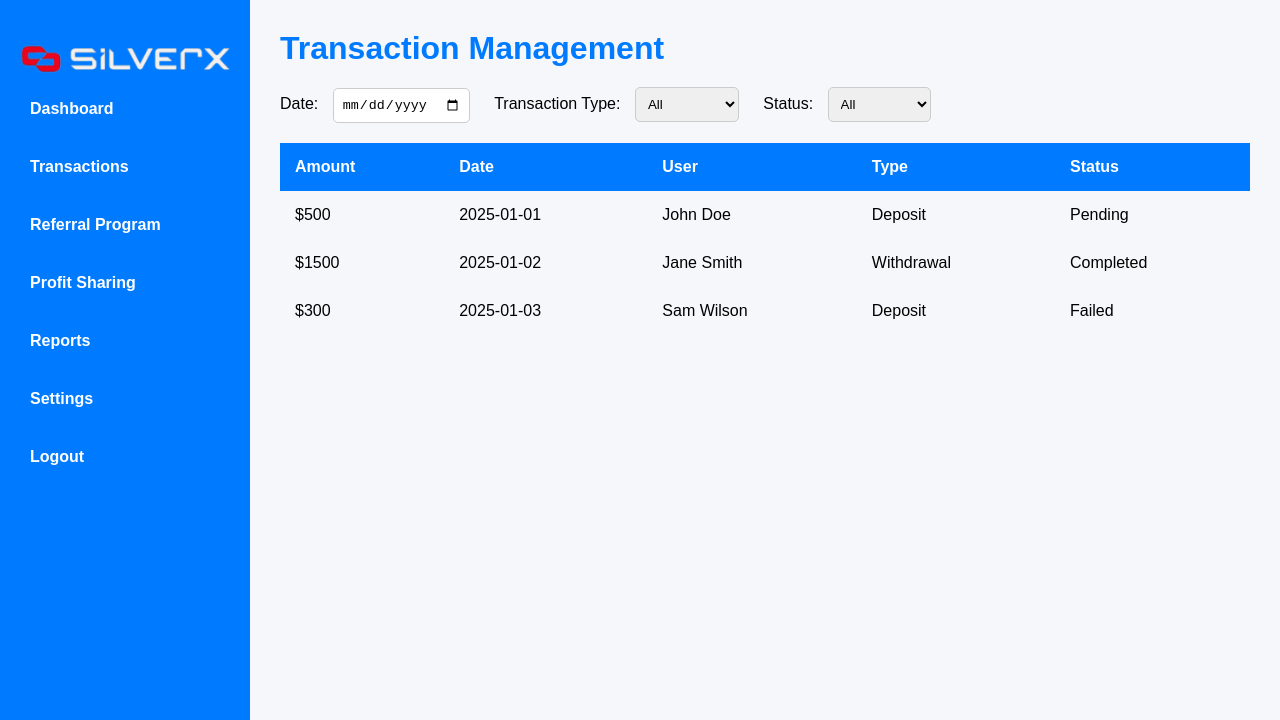
Repository: 2025silverx/slivedrX
Page: index2.html
The author's editor kept a copy of each file at every save. The page is drawn from the files as they stood at one save, then again after the next save.
The browser window is 1280 px wide. The pictures show the whole page.
An inner scrolling area shows only its first screen.

Above is the page before, as saved 2025-01-19 20:17:05.

### index2.html
<!DOCTYPE html>
<html lang="en">
<head>
    <meta charset="UTF-8">
    <meta name="viewport" content="width=device-width, initial-scale=1.0">
    <title>Transaction Management - Admin Panel</title>
    <link rel="stylesheet" href="style2.css">
</head>
<body>
    <div id="sidebar-container">
        <div class="sidebar">
            <img src="images/logo.png" alt="Sidebar Logo" class="sidebar-logo">
            <ul class="sidebar-links">
                <li><a href="index.html" class="sidebar-link" data-target="dashboard">Dashboard</a></li>
                <li><a href="index2.html" class="sidebar-link" data-target="transactions">Transactions</a></li>
                <li><a href="indesx3.html" class="sidebar-link" data-target="reports">Referral Program</a></li>
                <li><a href="index4.html" class="sidebar-link" data-target="users">Profit Sharing</a></li>
                <li><a href="index5.html" class="sidebar-link" data-target="reports">Reports</a></li>
                <li><a href="setting.html" class="sidebar-link" data-target="settings">Settings</a></li>
                <li><a href="login.html" class="sidebar-link" data-target="logout">Logout</a></li>
            </ul>
        </div>
    </div>
    <div class="main-content">
        <h1>Transaction Management</h1>
        <div class="filters">
            <label>Date: </label>
            <input type="date" id="dateFilter">
            <label>Transaction Type: </label>
            <select id="typeFilter">
                <option value="all">All</option>
                <option value="deposit">Deposit</option>
                <option value="withdrawal">Withdrawal</option>
            </select>
            <label>Status: </label>
            <select id="statusFilter">
                <option value="all">All</option>
                <option value="pending">Pending</option>
                <option value="completed">Completed</option>
                <option value="failed">Failed</option>
            </select>
        </div>

        <table>
            <thead>
                <tr>
                    <th>Amount</th>
                    <th>Date</th>
                    <th>User</th>
                    <th>Type</th>
                    <th>Status</th>
                </tr>
            </thead>
            <tbody id="transactionTable">
                <tr class="pending">
                    <td>$500</td>
                    <td>2025-01-01</td>
                    <td>John Doe</td>
                    <td>Deposit</td>
                    <td>Pending</td>
                </tr>
                <tr class="completed">
                    <td>$1500</td>
                    <td>2025-01-02</td>
                    <td>Jane Smith</td>
                    <td>Withdrawal</td>
                    <td>Completed</td>
                </tr>
                <tr class="failed">
                    <td>$300</td>
                    <td>2025-01-03</td>
                    <td>Sam Wilson</td>
                    <td>Deposit</td>
                    <td>Failed</td>
                </tr>
                <!-- More transactions can be added here -->
            </tbody>
        </table>
    </div>

    <script src="script2.js"></script>
</body>
</html>

### style2.css
/* Reset some default styles */
* {
    margin: 0;
    padding: 0;
    box-sizing: border-box;
}

/* Body and container styles */
body {
    font-family: Arial, sans-serif;
    display: flex;
    height: 100vh;
    background-color: #f5f7fa;
}
/* Sidebar styles */
.sidebar {
    width: 250px;
    background-color: #007bff;
    color: white;
    padding: 20px;
    display: flex;
    flex-direction: column;
    position: sticky;
    top: 0;
    height: 100vh;
    /* Remove any margin or padding at the side */
    margin-right: 0;
}

/* Sidebar heading */
.sidebar h2 {
    margin-bottom: 20px;
    text-align: center;
}

/* Sidebar links */
.sidebar-links {
    list-style: none;
}

.sidebar-links li {
    margin-bottom: 20px; /* Increased margin for better spacing */
}

.sidebar-links a {
    text-decoration: none;
    color: white;
    font-weight: bold;
    display: block;
    padding: 10px;
    font-size: 16px;
    transition: color 0.3s ease;
}

.sidebar-links a:hover {
    color: #f0f0f0; /* Light gray on hover */
}

.sidebar-links a:active {
    color: #ff6347; /* Red color on click */
}
/* Main content area */
.main-content {
    flex: 1;
    padding: 30px;
    overflow-y: auto;
}

h1 {
    color: #007bff;
    margin-bottom: 20px;
}

/* Filters styles */
.filters {
    margin-bottom: 20px;
}

.filters label {
    margin-right: 10px;
}

.filters input,
.filters select {
    padding: 8px;
    margin-right: 20px;
    border-radius: 5px;
    border: 1px solid #ccc;
}

/* Table styles */
table {
    width: 100%;
    border-collapse: collapse;
    margin-top: 20px;
}

th, td {
    padding: 15px;
    text-align: left;
}

th {
    background-color: #007bff;
    color: white;
}

td {
    background-color: #f5f7fa;
}

td.pending {
    background-color: #fff3cd;
}

td.completed {
    background-color: #d4edda;
}

td.failed {
    background-color: #f8d7da;
}

/* Responsive styles */
@media (max-width: 768px) {
    .sidebar {
        width: 200px;
    }

    .main-content {
        padding: 20px;
    }

    table {
        font-size: 14px;
    }

    th, td {
        padding: 10px;
    }
}

@media (max-width: 480px) {
    .sidebar {
        width: 100%;
        position: static;
    }

    .main-content {
        margin-top: 20px;
    }

    table {
        font-size: 12px;
    }
}

### script2.js
// Function to apply the filters to the table rows
function filterTransactions() {
    const dateFilter = document.getElementById("dateFilter").value;
    const typeFilter = document.getElementById("typeFilter").value;
    const statusFilter = document.getElementById("statusFilter").value;
    const rows = document.querySelectorAll("#transactionTable tr");

    rows.forEach(row => {
        const date = row.cells[1].innerText;
        const type = row.cells[3].innerText.toLowerCase();
        const status = row.cells[4].innerText.toLowerCase();

        let isVisible = true;

        // Apply Date filter
        if (dateFilter && date !== dateFilter) {
            isVisible = false;
        }

        // Apply Type filter
        if (typeFilter !== "all" && type !== typeFilter) {
            isVisible = false;
        }

        // Apply Status filter
        if (statusFilter !== "all" && status !== statusFilter) {
            isVisible = false;
        }

        // Show or hide the row based on the filters
        if (isVisible) {
            row.style.display = "";
        } else {
            row.style.display = "none";
        }
    });
}

// Event listeners for filters
document.getElementById("dateFilter").addEventListener("input", filterTransactions);
document.getElementById("typeFilter").addEventListener("change", filterTransactions);
document.getElementById("statusFilter").addEventListener("change", filterTransactions);

// Initial call to filter transactions based on the current filter settings
filterTransactions();

After the next save:
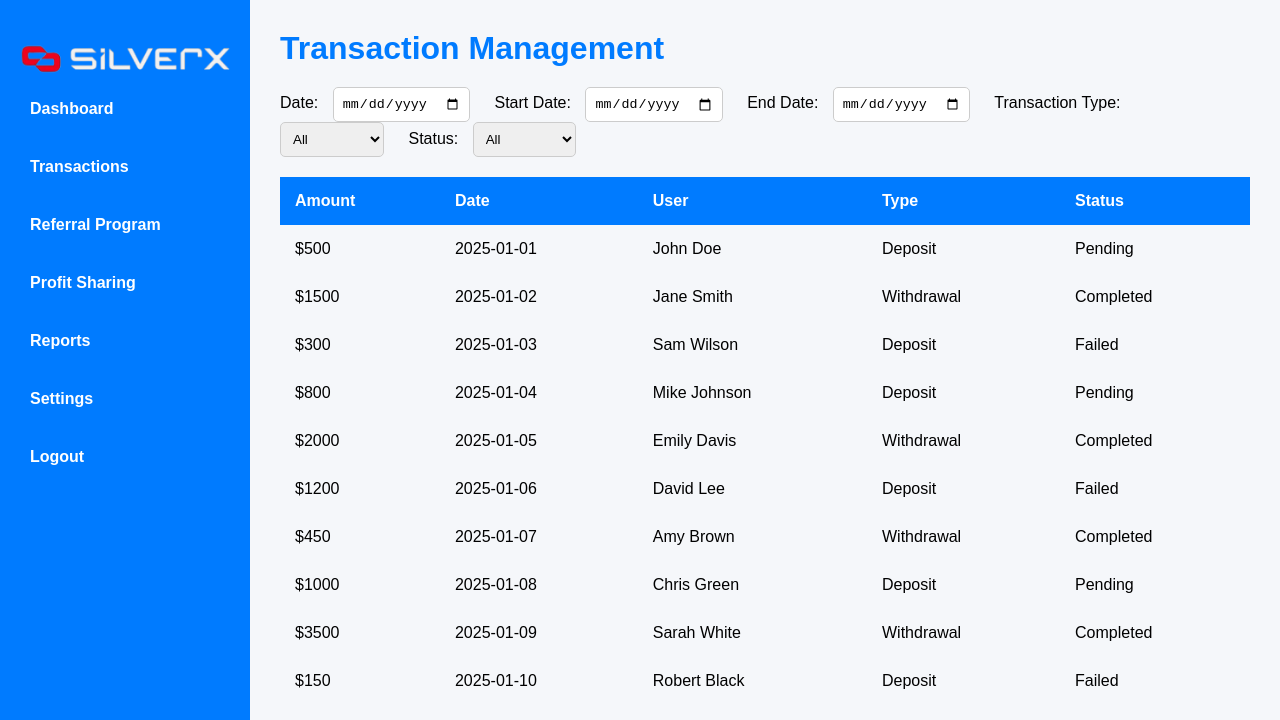
Saved 4 min 15 s later.
--- a/index2.html
+++ b/index2.html
@@ -26,6 +26,10 @@
         <div class="filters">
             <label>Date: </label>
             <input type="date" id="dateFilter">
+            <label>Start Date: </label>
+            <input type="date" id="startDateFilter">
+            <label>End Date: </label>
+            <input type="date" id="endDateFilter">
             <label>Transaction Type: </label>
             <select id="typeFilter">
                 <option value="all">All</option>
@@ -73,7 +77,76 @@
                     <td>Deposit</td>
                     <td>Failed</td>
                 </tr>
-                <!-- More transactions can be added here -->
+                <tr class="pending">
+                    <td>$800</td>
+                    <td>2025-01-04</td>
+                    <td>Mike Johnson</td>
+                    <td>Deposit</td>
+                    <td>Pending</td>
+                </tr>
+                <tr class="completed">
+                    <td>$2000</td>
+                    <td>2025-01-05</td>
+                    <td>Emily Davis</td>
+                    <td>Withdrawal</td>
+                    <td>Completed</td>
+                </tr>
+                <tr class="failed">
+                    <td>$1200</td>
+                    <td>2025-01-06</td>
+                    <td>David Lee</td>
+                    <td>Deposit</td>
+                    <td>Failed</td>
+                </tr>
+                <tr class="completed">
+                    <td>$450</td>
+                    <td>2025-01-07</td>
+                    <td>Amy Brown</td>
+                    <td>Withdrawal</td>
+                    <td>Completed</td>
+                </tr>
+                <tr class="pending">
+                    <td>$1000</td>
+                    <td>2025-01-08</td>
+                    <td>Chris Green</td>
+                    <td>Deposit</td>
+                    <td>Pending</td>
+                </tr>
+                <tr class="completed">
+                    <td>$3500</td>
+                    <td>2025-01-09</td>
+                    <td>Sarah White</td>
+                    <td>Withdrawal</td>
+                    <td>Completed</td>
+                </tr>
+                <tr class="failed">
+                    <td>$150</td>
+                    <td>2025-01-10</td>
+                    <td>Robert Black</td>
+                    <td>Deposit</td>
+                    <td>Failed</td>
+                </tr>
+                <tr class="completed">
+                    <td>$5000</td>
+                    <td>2025-01-11</td>
+                    <td>Jessica Blue</td>
+                    <td>Withdrawal</td>
+                    <td>Completed</td>
+                </tr>
+                <tr class="pending">
+                    <td>$250</td>
+                    <td>2025-01-12</td>
+                    <td>Matthew Gray</td>
+                    <td>Deposit</td>
+                    <td>Pending</td>
+                </tr>
+                <tr class="failed">
+                    <td>$1800</td>
+                    <td>2025-01-13</td>
+                    <td>Olivia Red</td>
+                    <td>Withdrawal</td>
+                    <td>Failed</td>
+                </tr>
             </tbody>
         </table>
     </div>
